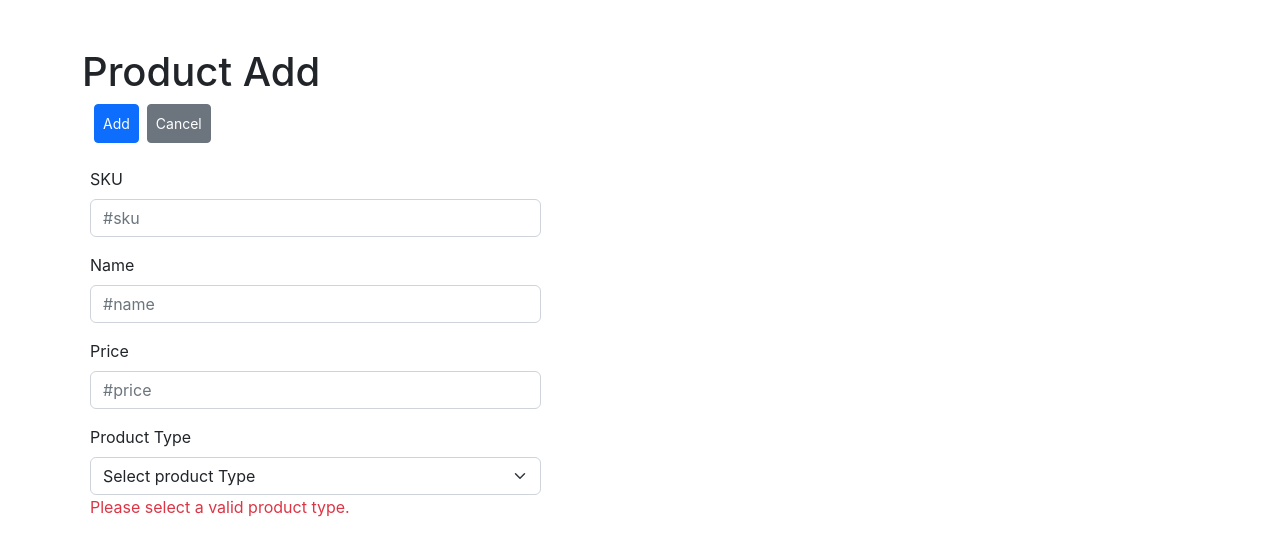
Repository: MagdyAbouelnasr/scandiweb_project
Page: /addproduct
An editor plug-in stored every save of this project. The page is shown before and after the next save, followed by the edit.
The browser window is 1280 px wide. The pictures show the whole page.
The project was rebuilt for these pictures with package versions that can differ from the ones it lists, and the page was loaded fresh each time. Also part of the build but not shown: src/App.css, src/components/Product/Product-style.scss, src/components/Product/Product.css, src/components/Pages/ProductList.jsx, src/components/ProductAdd/Book.component.jsx, src/components/ProductAdd/DVD.component.jsx, src/components/ProductAdd/Furniture.component.jsx, src/App.jsx.

Above is the page before, as saved 2023-05-09 01:22:26.

### public/index.html
<!DOCTYPE html>
<html lang="en">
  <head>
    <meta charset="utf-8" />
    <link rel="icon" href="%PUBLIC_URL%/favicon.ico" />
    <meta name="viewport" content="width=device-width, initial-scale=1" />
    <meta name="theme-color" content="#000000" />
    <meta
      name="description"
      content="Web site created using create-react-app"
    />
    <link rel="apple-touch-icon" href="%PUBLIC_URL%/logo192.png" />
    <!--
      manifest.json provides metadata used when your web app is installed on a
      user's mobile device or desktop. See https://developers.google.com/web/fundamentals/web-app-manifest/
    -->
    <link rel="manifest" href="%PUBLIC_URL%/manifest.json" />
    <!--
      Notice the use of %PUBLIC_URL% in the tags above.
      It will be replaced with the URL of the `public` folder during the build.
      Only files inside the `public` folder can be referenced from the HTML.

      Unlike "/favicon.ico" or "favicon.ico", "%PUBLIC_URL%/favicon.ico" will
      work correctly both with client-side routing and a non-root public URL.
      Learn how to configure a non-root public URL by running `npm run build`.
    -->
    <title>React App</title>
    <link
  rel="stylesheet"
  href="https://cdn.jsdelivr.net/npm/bootstrap@5.2.3/dist/css/bootstrap.min.css"
  integrity="sha384-rbsA2VBKQhggwzxH7pPCaAqO46MgnOM80zW1RWuH61DGLwZJEdK2Kadq2F9CUG65"
  crossorigin="anonymous"
/>
  </head>
  <body>
    <noscript>You need to enable JavaScript to run this app.</noscript>
    <div id="root"></div>
    <!--
      This HTML file is a template.
      If you open it directly in the browser, you will see an empty page.

      You can add webfonts, meta tags, or analytics to this file.
      The build step will place the bundled scripts into the <body> tag.

      To begin the development, run `npm start` or `yarn start`.
      To create a production bundle, use `npm run build` or `yarn build`.
    -->
  </body>
</html>

### src/index.js
import React from 'react';
import ReactDOM from 'react-dom/client';
import './index.scss';
import App from './App';
import {
  createBrowserRouter,
  RouterProvider,

} from "react-router-dom";
import ProductAdd from './components/Pages/ProductAdd';


const router = createBrowserRouter([
  {
    path: "/",
    element: <App />,
  },
  {
    path: "addproduct",
    element: <ProductAdd />,
  },
]);

const root = ReactDOM.createRoot(document.getElementById('root'));
root.render(
  <RouterProvider router={router} />
);

### src/index.scss
$background-default: #D5D5D5;


body {
  margin: 0;
  font-family: -apple-system, BlinkMacSystemFont, 'Segoe UI', 'Roboto', 'Oxygen',
    'Ubuntu', 'Cantarell', 'Fira Sans', 'Droid Sans', 'Helvetica Neue',
    sans-serif;
  -webkit-font-smoothing: antialiased;
  -moz-osx-font-smoothing: grayscale;
}

code {
  font-family: source-code-pro, Menlo, Monaco, Consolas, 'Courier New',
    monospace;
}

.fade-in {
  opacity: 0;
  transition: opacity 0.3s ease-in-out;
  &.fade-in-active {
    opacity: 1;
  }
}

### src/components/Pages/ProductAdd.jsx
// import { useNavigate } from 'react-router-dom';
// import { useState } from 'react';
// import Form from 'react-bootstrap/Form';
// import SelectProductType from '../ProductAdd/Selectcmp';
// import Button from 'react-bootstrap/Button';
// import axios from 'axios';

// function ProductAdd() {
//   const navigate = useNavigate();

//   const  [inputs , setInputs] = useState({});

//   const handleChange = (e) => {
//     const name = e.target.name;
//     const value = e.target.value;
//     setInputs(values => ({values, [name]: value}))
//   }
//   const handleSubmit = (e) => {
//     e.preventDefault();
//     axios.post('http://localhost:8000/addproduct', inputs).then((response)=>{
//       console.log(response.data);
//       navigate('/');
//     });

//     // console.log(inputs)
//   }



//   return (
//     <Form id="product_form" onSubmit={handleSubmit}>
//     <div className="container mt-5">
//       <div className="row">
//       <h1 className="page-header text-header col-md-8 text-start ">Product Add</h1>
//       <div className='col-4 float-end'>
//         <Button  type="submit" className='p-2 ms-2' variant="primary" size="sm">
//           Add
//         </Button>
//         <Button onClick={()=> navigate(-1)}  className='p-2 ms-2' variant="secondary" size="sm">
//           Cancel
//         </Button>
//       </div>
//       </div>
//     <br/>
//     <div className="row">

//     <div className="col-md-5 mx-2">
//       <Form.Group className="mb-3 mx-left" id="productInputSKU">
//         <Form.Label>SKU</Form.Label>
//         <Form.Control type="text" name="sku" placeholder="#sku" onChange={handleChange} />
//       </Form.Group>
//       <Form.Group className="mb-3" id="productInputName">
//         <Form.Label>Name</Form.Label>
//         <Form.Control type="text" name="name" placeholder="#name" onChange={handleChange} />
//       </Form.Group>
//       <Form.Group className="mb-3" id="productInputPrice">
//         <Form.Label>Price</Form.Label>
//         <Form.Control type="number" name="price" placeholder="#price" onChange={handleChange} />
//       </Form.Group>
//       <Form.Group className="mb-3" id="ProductType">
//       <Form.Label>Product Type</Form.Label>
//         <SelectProductType/>
//       </Form.Group>
//     </div>
//     </div>
//     </div>
//     </Form>
//   );
// }

// export default ProductAdd;
import { useNavigate } from 'react-router-dom';
import { useState } from 'react';
import Form from 'react-bootstrap/Form';
import SelectProductType from '../ProductAdd/Selectcmp';
import Button from 'react-bootstrap/Button';
import axios from 'axios';

function ProductAdd() {
  const navigate = useNavigate();

  const [inputs, setInputs] = useState({});
  const [errors, setErrors] = useState({});

  const handleChange = (e) => {
    console.log(e.target.value);
    console.log(e.target.name);
    const name = e.target.name;
    const value = e.target.value;

    setInputs((values) => ({ ...values, [name]: value }));
    validate()
    };

    // const handleRecievedData = (e) =>{
    //   const name = e.target.name;
    //   const value = e.target.value;
    //   setInputs((values) => ({ ...values, [name]: value }));
    //   console.log(e.name, e.value);
    // }

  // Form validation function
  const validate = () => {
    let newErrors = {};
    if (!inputs.sku) newErrors.sku = 'SKU is required';
    if (inputs.sku && inputs.sku.length > 9) newErrors.sku = 'SKU must be at most 9 characters';
    if (!inputs.name) newErrors.name = 'Name is required';
    if (inputs.price === undefined || inputs.price === '') newErrors.price = 'Price is required';
    if (inputs.price < 0) newErrors.price = 'Price cannot be negative';
    if (!inputs.product_attribute_value) newErrors.ProductType = 'please select a ProductType and provide a value';
    setErrors(newErrors);
    return Object.keys(newErrors).length === 0;
  };

  const handleSubmit = (e) => {
    e.preventDefault();
    if (validate()) {
      axios.post('http://localhost:8000/addproduct', inputs).then((response) => {
        console.log(response.data);
        navigate('/');
      });
    }
  };

  return (
    <Form id="product_form" onSubmit={handleSubmit}>
      <div className="container  mt-5">
        <div className="row">
          <h1 className="page-header text-header col-md-8 text-start ">Product Add</h1>
          <div className="col-4 float-end align-right ms-1">
            <Button type="submit" className="p-2 ms-2" variant="primary" size="sm">
              Add
            </Button>
            <Button
              onClick={() => navigate(-1)}
              className="p-2 ms-2"
              variant="secondary"
              size="sm"
            >
              Cancel
            </Button>
          </div>
        </div>
        <br />
        <div className="row">
          <div className="col-md-5 mx-2">
            <Form.Group className="mb-3 mx-left" id="productInputSKU">
              <Form.Label>SKU</Form.Label>
              <Form.Control
                type="text"
                name="sku"
                maxLength="9"
                placeholder="#sku"
                onChange={handleChange}
                required
              />
              {errors.sku && <Form.Text className="text-danger">{errors.sku}</Form.Text>}
            </Form.Group>
            <Form.Group className="mb-3" id="productInputName">
              <Form.Label>Name</Form.Label>
              <Form.Control
                type="text"
                name="name"
                placeholder="#name"
                onChange={handleChange}
                required
              />
              {errors.name && <Form.Text className="text-danger">{errors.name}</Form.Text>}
            </Form.Group>
            <Form.Group className="mb-3" id="productInputPrice">
              <Form.Label>Price</Form.Label>
              <Form.Control
                type="number"
                name="price"
                step="0.01"
                min="0"
                placeholder="#price"
                onChange={handleChange}
                required
              />
              {errors.price && <Form.Text className="text-danger">{errors.price}</Form.Text>}
            </Form.Group>
            <Form.Group className="mb-3" id="ProductType">
              <Form.Label>Product Type</Form.Label>
              <SelectProductType onChange={handleChange}
                required
                name="ProductType"/>
              {errors.ProductType && <Form.Text className="text-danger">{errors.ProductType}</Form.Text>}

            </Form.Group >
          </div>
        </div>
      </div>
    </Form>
  );
}

export default ProductAdd;

### src/components/ProductAdd/Selectcmp.jsx
import React, { useState, useEffect } from "react";
import Form from "react-bootstrap/Form";
import BookComponent from "./Book.component";
import DVDComponent from "./DVD.component";
import FurnitureComponent from "./Furniture.component";

const SelectProductType = (props) => {


  const [type, setType] = useState("selectProductType");
  const [DVDVisible, setDVDVisibility] = useState(false);
  const [bookVisible, setBookVisibility] = useState(false);
  const [FurnitureVisible, setFurnitureVisibility] = useState(false);
  const [isValid, setIsValid] = useState(false);

  const getData = (e) => {
    props.onChange(e);
  };

  useEffect(() => {
    if (["DVD", "Book", "Furniture"].includes(type)) {
      setIsValid(true);
    } else {
      setIsValid(false);
    }
    setDVDVisibility(type === "DVD");
    setBookVisibility(type === "Book");
    setFurnitureVisibility(type === "Furniture");
  }, [type]);

  const handleOnChange = (e) => {
    setType(e.target.value);
    props.onChange(e);
  };

  const [weightData, setWeightData] = useState({});

  const handleWeightChange = (data) => {
    // setWeightData(data);
    // console.log(weightData, 'weight data');
    getData(data);
  };

  return (
    <>
      <Form.Group className="mb-3" id="productInputName">
        <Form.Select
          aria-label="select product type"
          value={type}
          onChange={handleOnChange}
          required
          name="product_type"
        >
          <option value="selectProductType">Select product Type</option>
          <option value="DVD">DVD</option>
          <option value="Book">Book</option>
          <option value="Furniture">Furniture</option>
        </Form.Select>
        {!isValid && (
          <p className="text-danger">
            Please select a valid product type.
          </p>
        )}
        <div>
          {bookVisible && <BookComponent onWeightChange={handleWeightChange} onChange={getData}/>}
          {DVDVisible && <DVDComponent />}
          {FurnitureVisible && <FurnitureComponent />}
        </div>
      </Form.Group>
    </>
  );
};

export default SelectProductType;

### src/components/Product/Product.jsx
import './Product-style.scss';
import './Product.css';
import * as React from 'react';
import Box from '@mui/material/Box';
import Card from '@mui/material/Card';
import CardActions from '@mui/material/CardActions';
import CardContent from '@mui/material/CardContent';
import Typography from '@mui/material/Typography';
import IconButton from '@mui/material/IconButton';
import CropSquareIcon from '@mui/icons-material/CropSquare';
import { useState } from 'react';


const bull = (
  <Box
  component="span"
  sx={{ display: 'inline-block', mx: '2px', transform: 'scale(0.8)' }}
  >
    •
  </Box>
);


const ProductCard = ({ id, sku, name, price, product_attribute, typeValue, selectedProducts }) => {
  const selectedProduct = () => {
    selectedProducts(id)
   }
  return (
    <>
      <CardContent>
        <CardActions>
          <IconButton aria-label="select to delete" className="delete-checkbox" onClick={selectedProduct}>
            <CropSquareIcon />
          </IconButton>
        </CardActions>
        <Typography sx={{ fontSize: 14 }} color="text.secondary" gutterBottom>
          SKU: {sku}
        </Typography>
        {bull}
        <Typography wrap="true" sx={{}} variant="h5" component="div" >
          {name}
        </Typography>
        {bull}
        <Typography sx={{ mb: 1.5 }} color="text.secondary">
          Price: {price}$
        </Typography>
        {bull}
        <Typography variant="body2">
          {product_attribute}: {typeValue} {console.log(product_attribute)}
        </Typography>
      </CardContent>
    </>
  );
};

const Product = ({ product , selectedProducts}) => {

  const selectedProductsDelete = (data) => {
    selectedProducts(data);
  }
// console.log(selectedProducts);
  return (
    <Box sx={{m:2, minWidth: 270, maxWidth: 270 }}>
      <Card variant="outlined">
        <ProductCard selectedProducts={selectedProductsDelete} id={product.id} sku={product.sku} name={product.name} price={product.price} product_attribute={product.product_attribute} typeValue={product.product_attribute_value} />
      </Card>
    </Box>
  );
};

export default Product;

After the next save:
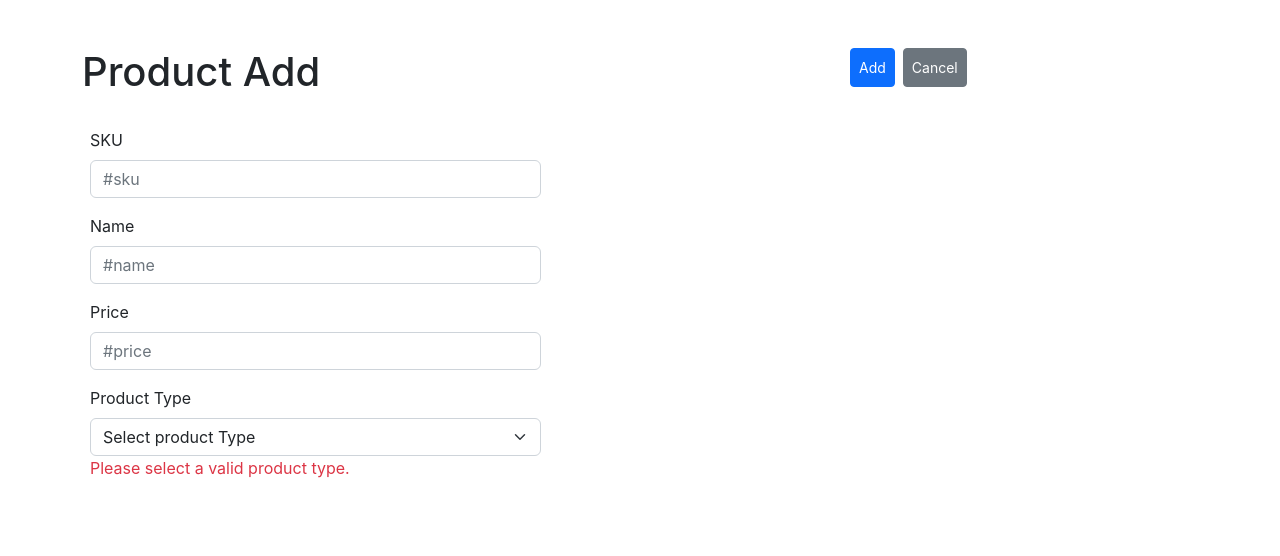
Saved 35 s later.
--- a/src/components/Pages/ProductAdd.jsx
+++ b/src/components/Pages/ProductAdd.jsx
@@ -127,7 +127,7 @@ function ProductAdd() {
       <div className="container  mt-5">
         <div className="row">
           <h1 className="page-header text-header col-md-8 text-start ">Product Add</h1>
-          <div className="col-4 float-end align-right ms-1">
+          <div className="col-4 float-end align-right">
             <Button type="submit" className="p-2 ms-2" variant="primary" size="sm">
               Add
             </Button>
